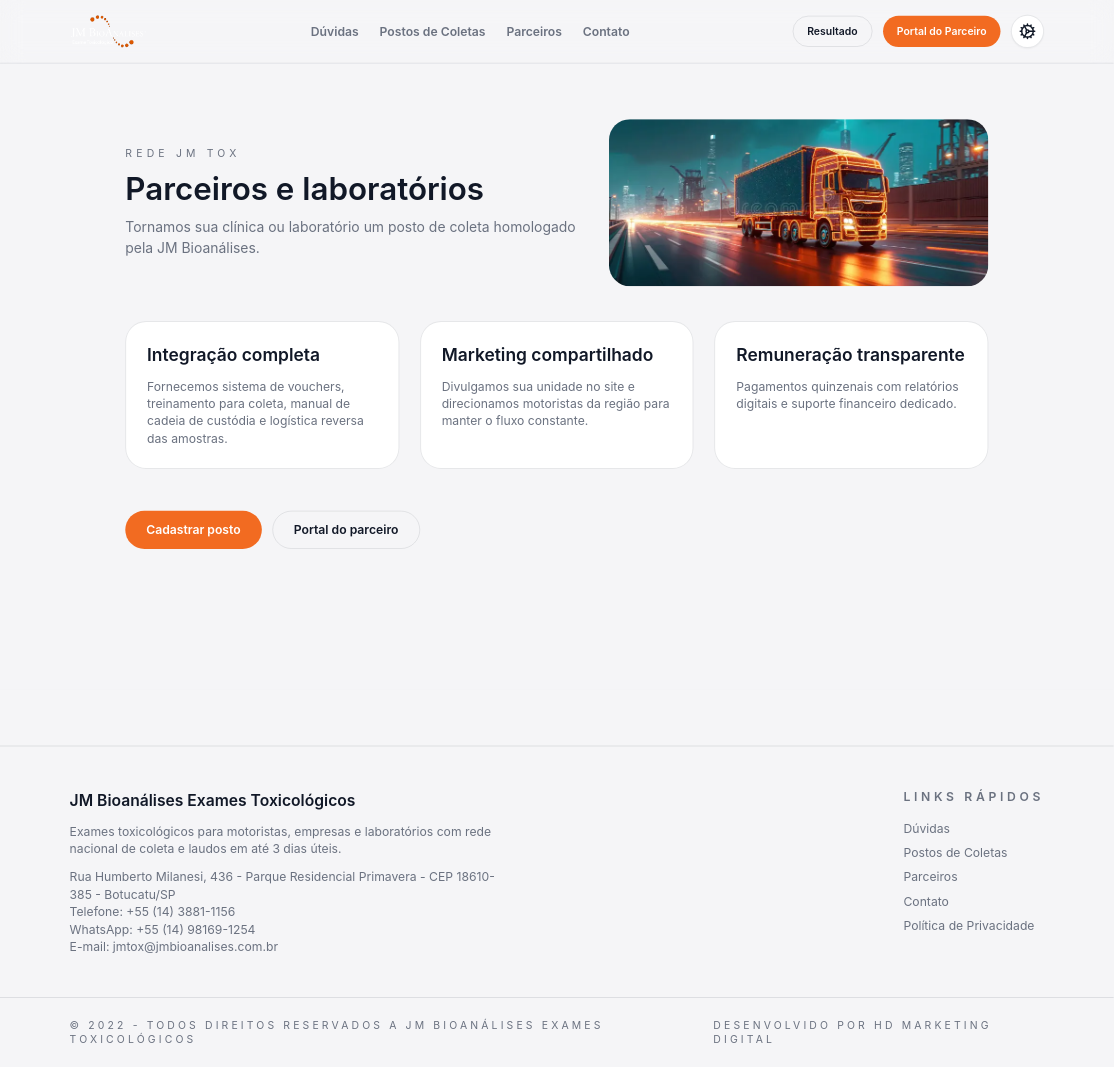
Repository: 1xLab/cat1
Page: /parceiros
The author's editor kept a copy of each file at every save. The page is drawn from the files as they stood at one save, then again after the next save.
The browser window is 1280 px wide. The pictures show the whole page, at 87% of full size.
The page's requests for data from a server got no answer. The project was rebuilt for these pictures with package versions that can differ from the ones it lists, and the page was loaded fresh each time. The framework's server and built-in components were replaced by stand-ins that run in the browser. No one was signed in, and anything a server would have sent is missing. Also part of the build but not shown: next.config.ts.

Above is the page before, as saved 2025-11-19 21:20:02.

### src/app/layout.tsx
import type { Metadata } from "next";
import { Geist, Geist_Mono } from "next/font/google";
import "./globals.css";

import { Header } from "@/components/layout/header";
import { Footer } from "@/components/layout/footer";
import { baseMetadata } from "@/lib/seo";
import { LabSchema } from "@/components/seo/lab-schema";
import { TagManager } from "@/components/analytics/tag-manager";

const geistSans = Geist({
  variable: "--font-geist-sans",
  subsets: ["latin"],
});

const geistMono = Geist_Mono({
  variable: "--font-geist-mono",
  subsets: ["latin"],
});

export const metadata: Metadata = baseMetadata;

export default function RootLayout({
  children,
}: Readonly<{
  children: React.ReactNode;
}>) {
  return (
    <html lang="pt-BR" data-theme="sunrise">
      <body className={`${geistSans.variable} ${geistMono.variable} antialiased`}>
        <TagManager />
        <LabSchema />
        <Header />
        <main className="min-h-screen bg-[var(--color-bg)] text-[var(--color-text)]">
          {children}
        </main>
        <Footer />
      </body>
    </html>
  );
}

### src/app/parceiros/page.tsx
import Image from "next/image";
import type { Metadata } from "next";
import { Button } from "@/components/ui/button";

const pillars = [
  {
    title: "Integração completa",
    body: "Fornecemos sistema de vouchers, treinamento para coleta, manual de cadeia de custódia e logística reversa das amostras.",
  },
  {
    title: "Marketing compartilhado",
    body: "Divulgamos sua unidade no site e direcionamos motoristas da região para manter o fluxo constante.",
  },
  {
    title: "Remuneração transparente",
    body: "Pagamentos quinzenais com relatórios digitais e suporte financeiro dedicado.",
  },
];

export const metadata: Metadata = {
  title: "Parceiros | JM Tox",
};

const illustration = "/imagens/truck-futuristic.jpg";

export default function ParceirosPage() {
  return (
    <section className="mx-auto max-w-5xl px-4 py-16">
      <div className="grid gap-6 md:grid-cols-[1.1fr_0.9fr] md:items-center">
        <div className="space-y-3">
          <p className="text-xs uppercase tracking-[0.4em] text-[var(--color-text-muted)]">
            Rede JM Tox
          </p>
          <h1 className="text-4xl font-semibold text-[var(--color-text)]">
            Parceiros e laboratórios
          </h1>
          <p className="text-[var(--color-text-muted)]">
            Tornamos sua clínica ou laboratório um posto de coleta homologado
            pela JM Bioanálises.
          </p>
        </div>
        <div className="relative h-48 rounded-3xl">
          <Image
            src={illustration}
            alt="Tecnologia embarcada em caminhões"
            fill
            className="rounded-3xl object-cover"
            sizes="(min-width: 768px) 400px, 100vw"
          />
        </div>
      </div>
      <div className="mt-10 grid gap-6 md:grid-cols-3">
        {pillars.map((pillar) => (
          <article
            key={pillar.title}
            className="rounded-3xl border border-[var(--color-outline)] bg-[var(--color-surface)] p-6"
          >
            <h2 className="text-xl font-semibold text-[var(--color-text)]">
              {pillar.title}
            </h2>
            <p className="mt-3 text-sm text-[var(--color-text-muted)]">
              {pillar.body}
            </p>
          </article>
        ))}
      </div>
      <div className="mt-12 flex flex-wrap gap-3">
        <Button asChild>
          <a href="/cadastro-postos-de-coleta">Cadastrar posto</a>
        </Button>
        <Button asChild variant="outline">
          <a href="/app/parceiros">Portal do parceiro</a>
        </Button>
      </div>
    </section>
  );
}

### src/app/globals.css
@tailwind base;
@tailwind components;
@tailwind utilities;

:root {
  --color-bg: #f5f5f7;
  --color-surface: #ffffff;
  --color-text: #111827;
  --color-text-muted: #6b7280;
  --color-primary: #f26b21;
  --color-primary-dark: #c65310;
  --color-header: #050608;
  --color-outline: rgba(15, 23, 42, 0.1);
}

[data-theme="sunrise"] {
  --color-bg: #f5f5f7;
  --color-surface: #ffffff;
  --color-text: #111827;
  --color-text-muted: #6b7280;
  --color-primary: #f26b21;
  --color-primary-dark: #c65310;
  --color-header: #050608;
}

[data-theme="midnight"] {
  --color-bg: #050608;
  --color-surface: #111827;
  --color-text: #f9fafb;
  --color-text-muted: #9ca3af;
  --color-primary: #f26b21;
  --color-primary-dark: #f26b21;
  --color-header: #000000;
  --color-outline: rgba(255, 255, 255, 0.1);
}

[data-theme="clinical"] {
  --color-bg: #f3f6fb;
  --color-surface: #ffffff;
  --color-text: #0f172a;
  --color-text-muted: #3f4d63;
  --color-primary: #2563eb;
  --color-primary-dark: #1d4ed8;
  --color-header: #0f172a;
  --color-outline: rgba(15, 23, 42, 0.08);
}

[data-theme="high-contrast"] {
  --color-bg: #000000;
  --color-surface: #000000;
  --color-text: #ffffff;
  --color-text-muted: #f3f4f6;
  --color-primary: #ffbf00;
  --color-primary-dark: #f59e0b;
  --color-header: #000000;
  --color-outline: rgba(255, 255, 255, 0.2);
}

[data-theme="dark"] {
  --color-bg: #111436;
  --color-surface: rgba(255, 255, 255, 0.08);
  --color-text: #fefefe;
  --color-text-muted: #d4ddff;
  --color-primary: #f97316;
  --color-primary-dark: #ea580c;
  --color-header: rgba(17, 20, 54, 0.9);
  --color-outline: rgba(255, 255, 255, 0.2);
}

@layer base {
  * {
    box-sizing: border-box;
  }

  body {
    background: var(--color-bg);
    color: var(--color-text);
    font-family: "Inter", system-ui, -apple-system, BlinkMacSystemFont,
      "Segoe UI", sans-serif;
    min-height: 100vh;
  }
}

@layer utilities {
  .text-balance {
    text-wrap: balance;
  }

  .glass-panel {
    background: color-mix(in srgb, var(--color-surface) 90%, transparent);
    backdrop-filter: blur(18px);
    border: 1px solid color-mix(in srgb, var(--color-outline) 80%, transparent);
    border-radius: 1.5rem;
    box-shadow: 0 15px 45px rgba(15, 23, 42, 0.12);
  }
}

### src/components/layout/header.tsx
import Image from "next/image";
import Link from "next/link";
import { ThemeSwitcher } from "@/components/theme-switcher";
import { Button } from "@/components/ui/button";

const navItems = [
  { label: "Dúvidas", href: "/duvidas-frequentes" },
  { label: "Postos de Coletas", href: "/postos-de-coletas" },
  { label: "Parceiros", href: "/parceiros" },
  { label: "Contato", href: "/contato" },
];

export function Header() {
  return (
    <header className="sticky top-0 z-40 border-b border-[var(--color-outline)] bg-[var(--color-header)]/15 backdrop-blur-md">
      <div className="container mx-auto flex max-w-6xl items-center justify-between gap-4 px-4 py-4">
        <Link href="/" className="flex items-center gap-3">
          <Image
            src="/logo-jm-bioanalises-branco.png"
            alt="JM Bioanálises"
            width={150}
            height={42}
            className="h-10 w-auto"
            priority
          />
          <span className="sr-only">JM Bioanálises</span>
        </Link>
        <nav className="hidden items-center gap-6 text-sm font-semibold text-[var(--color-text-muted)] lg:flex">
          {navItems.map((item) => (
            <Link
              key={item.href}
              href={item.href}
              className="transition hover:text-[var(--color-text)]"
            >
              {item.label}
            </Link>
          ))}
        </nav>
        <div className="flex items-center gap-3">
          <Button asChild variant="outline" size="sm">
            <Link href="/duvidas-frequentes#resultado-online">Resultado</Link>
          </Button>
          <Button asChild size="sm">
            <Link href="/parceiros">Portal do Parceiro</Link>
          </Button>
          <ThemeSwitcher />
        </div>
      </div>
      <div className="border-t border-[var(--color-outline)] bg-[var(--color-header)] px-4 py-3 lg:hidden">
        <nav className="flex flex-wrap gap-3 text-sm font-semibold text-[var(--color-text-muted)]">
          {navItems.map((item) => (
            <Link
              key={item.href}
              href={item.href}
              className="rounded-full border border-gray-600 px-3 py-1 transition hover:border-[var(--color-primary)] hover:text-white"
            >
              {item.label}
            </Link>
          ))}
        </nav>
      </div>
    </header>
  );
}

### src/components/layout/footer.tsx
import Link from "next/link";

import { siteConfig } from "@/lib/site";

const quickLinks = [
  { label: "Dúvidas", href: "/duvidas-frequentes" },
  { label: "Postos de Coletas", href: "/postos-de-coletas" },
  { label: "Parceiros", href: "/parceiros" },
  { label: "Contato", href: "/contato" },
  { label: "Política de Privacidade", href: "/politica-de-privacidade" },
];

export function Footer() {
  return (
    <footer className="mt-16 border-t border-[var(--color-outline)] bg-[var(--color-surface)]/95">
      <div className="mx-auto flex max-w-6xl flex-col gap-8 px-4 py-12 md:flex-row md:justify-between">
        <div className="max-w-lg space-y-3">
          <p className="text-lg font-semibold text-[var(--color-text)]">
            {siteConfig.name}
          </p>
          <p className="text-sm text-[var(--color-text-muted)]">
            {siteConfig.description}
          </p>
          <div className="text-sm text-[var(--color-text-muted)]">
            <p>{siteConfig.address}</p>
            <p>Telefone: {siteConfig.contacts.phone}</p>
            <p>WhatsApp: {siteConfig.contacts.mobile}</p>
            <p>E-mail: {siteConfig.contacts.email}</p>
          </div>
        </div>
        <div>
          <p className="text-sm font-semibold uppercase tracking-[0.3em] text-[var(--color-text-muted)]">
            Links rápidos
          </p>
          <ul className="mt-4 space-y-2 text-sm">
            {quickLinks.map((link) => (
              <li key={link.href}>
                <Link
                  href={link.href}
                  className="text-[var(--color-text-muted)] transition hover:text-[var(--color-text)]"
                >
                  {link.label}
                </Link>
              </li>
            ))}
          </ul>
        </div>
      </div>
      <div className="border-t border-[var(--color-outline)]">
        <div className="mx-auto flex max-w-6xl flex-col gap-2 px-4 py-6 text-xs uppercase tracking-[0.3em] text-[var(--color-text-muted)] md:flex-row md:items-center md:justify-between">
          <p>
            © 2022 - Todos Direitos Reservados a JM Bioanálises Exames Toxicológicos
          </p>
          <p>Desenvolvido por HD Marketing Digital</p>
        </div>
      </div>
    </footer>
  );
}

### src/lib/seo.ts
import type { Metadata } from "next";
import { siteConfig } from "./site";

type SEOParams = {
  title?: string;
  description?: string;
  path?: string;
};

export const baseMetadata: Metadata = {
  metadataBase: new URL(siteConfig.url),
  title: {
    default: `${siteConfig.name} | Laboratório de Toxicologia`,
    template: `%s | ${siteConfig.name}`,
  },
  description: siteConfig.description,
  openGraph: {
    type: "website",
    url: siteConfig.url,
    title: siteConfig.name,
    description: siteConfig.description,
    images: [
      {
        url: siteConfig.ogImage,
        width: 1200,
        height: 630,
        alt: siteConfig.name,
      },
    ],
  },
  twitter: {
    card: "summary_large_image",
    title: siteConfig.name,
    description: siteConfig.description,
    images: [siteConfig.ogImage],
  },
  icons: {
    icon: "/favicon.ico",
  },
};

export const generatePageMetadata = ({
  title,
  description,
  path = "",
}: SEOParams): Metadata => ({
  ...baseMetadata,
  title,
  description,
  alternates: {
    canonical: path ? `${siteConfig.url}${path}` : siteConfig.url,
  },
});

### src/components/seo/lab-schema.tsx
export function LabSchema() {
  const jsonLd = {
    "@context": "https://schema.org",
    "@type": "MedicalOrganization",
    name: "JM Bioanálises Exames Toxicológicos",
    url: "https://jmtox.com.br",
    address: {
      "@type": "PostalAddress",
      streetAddress:
        "Rua Humberto Milanesi, 436 - Parque Residencial Primavera",
      addressLocality: "Botucatu",
      addressRegion: "SP",
      postalCode: "18610-385",
      addressCountry: "BR",
    },
    contactPoint: {
      "@type": "ContactPoint",
      telephone: "+55-14-3881-1156",
      contactType: "customer service",
      availableLanguage: ["Portuguese", "English"],
    },
    sameAs: ["https://www.linkedin.com/company/jmbioanalises"],
    medicalSpecialty: ["Toxicologic"],
  };

  return (
    <script
      type="application/ld+json"
      dangerouslySetInnerHTML={{ __html: JSON.stringify(jsonLd) }}
    />
  );
}

### src/components/analytics/tag-manager.tsx
"use client";

import Script from "next/script";

export function TagManager() {
  const id = process.env.NEXT_PUBLIC_GTM_ID;
  if (!id) return null;

  return (
    <>
      <Script id="gtm-loader">
        {`
          (function(w,d,s,l,i){w[l]=w[l]||[];w[l].push({'gtm.start':
          new Date().getTime(),event:'gtm.js'});var f=d.getElementsByTagName(s)[0],
          j=d.createElement(s),dl=l!='dataLayer'?'&l='+l:'';j.async=true;j.src=
          'https://www.googletagmanager.com/gtm.js?id='+i+dl;f.parentNode.insertBefore(j,f);
          })(window,document,'script','dataLayer','${id}');
        `}
      </Script>
      <noscript>
        <iframe
          src={`https://www.googletagmanager.com/ns.html?id=${id}`}
          height="0"
          width="0"
          style={{ display: "none", visibility: "hidden" }}
        />
      </noscript>
    </>
  );
}

### src/components/ui/button.tsx
"use client";

import * as React from "react";
import { Slot } from "@radix-ui/react-slot";
import { cva, type VariantProps } from "class-variance-authority";

import { cn } from "@/lib/utils";

const buttonVariants = cva(
  "inline-flex items-center justify-center whitespace-nowrap rounded-full text-sm font-semibold transition focus-visible:outline-none focus-visible:ring-2 focus-visible:ring-[var(--color-primary)] disabled:pointer-events-none disabled:opacity-60",
  {
    variants: {
      variant: {
        default:
          "bg-[var(--color-primary)] text-white hover:bg-[var(--color-primary-dark)]",
        secondary:
          "bg-[var(--color-surface)] text-[var(--color-text)] border border-[var(--color-outline)] hover:border-[var(--color-primary)]",
        outline:
          "border border-[var(--color-outline)] text-[var(--color-text)] hover:border-[var(--color-primary)] hover:text-[var(--color-text)]",
        ghost: "text-[var(--color-text)] hover:bg-[var(--color-outline)]/30",
        link: "underline-offset-4 text-[var(--color-primary)] hover:underline",
      },
      size: {
        default: "h-11 px-6",
        sm: "h-9 px-4 text-xs",
        lg: "h-12 px-8 text-base",
        icon: "h-10 w-10",
      },
    },
    defaultVariants: {
      variant: "default",
      size: "default",
    },
  }
);

export interface ButtonProps
  extends React.ButtonHTMLAttributes<HTMLButtonElement>,
    VariantProps<typeof buttonVariants> {
  asChild?: boolean;
}

const Button = React.forwardRef<HTMLButtonElement, ButtonProps>(
  ({ className, variant, size, asChild = false, ...props }, ref) => {
    const Comp = asChild ? Slot : "button";
    return (
      <Comp
        className={cn(buttonVariants({ variant, size, className }))}
        ref={ref}
        {...props}
      />
    );
  }
);
Button.displayName = "Button";

export { Button, buttonVariants };

### src/components/theme-switcher.tsx
"use client";

import { useEffect, useState } from "react";
import { Cog, Check } from "lucide-react";
import { cn } from "@/lib/utils";

const themes = [
  { id: "sunrise", name: "Sunrise Light", description: "Luz natural com laranja vibrante." },
  { id: "midnight", name: "Midnight Dark", description: "Interface escura para salas de comando." },
  { id: "clinical", name: "Clinical Light", description: "Azul clínico com fundos neutros." },
  { id: "high-contrast", name: "High Contrast", description: "Alto contraste para máxima leitura." },
];

function applyThemeValue(
  value: string,
  setTheme: (theme: string) => void
) {
  const next = themes.find((item) => item.id === value) ? value : "sunrise";
  setTheme(next);
  document.documentElement.setAttribute("data-theme", next);
  try {
    localStorage.setItem("jmbio-theme", next);
  } catch {
    /* ignore */
  }
}

export function ThemeSwitcher() {
  const [open, setOpen] = useState(false);
  const [theme, setTheme] = useState("sunrise");

  useEffect(() => {
    let stored = "sunrise";
    try {
      stored = localStorage.getItem("jmbio-theme") || "sunrise";
    } catch {
      stored = "sunrise";
    }
    applyThemeValue(stored, setTheme);
  }, []);

  function apply(value: string) {
    applyThemeValue(value, setTheme);
  }

  return (
    <div className="relative">
      <button
        aria-label="Alterar tema do site"
        className="rounded-full border border-[var(--color-outline)] bg-[var(--color-surface)] p-2 text-[var(--color-text)] shadow-sm transition hover:shadow-md"
        onClick={() => setOpen((prev) => !prev)}
      >
        <Cog className="h-5 w-5" />
      </button>
      {open && (
        <div className="absolute right-0 z-50 mt-3 w-64 rounded-2xl border border-[var(--color-outline)] bg-[var(--color-surface)] p-4 shadow-xl">
          <p className="text-xs font-semibold uppercase tracking-[0.3em] text-[var(--color-text-muted)]">
            Temas
          </p>
          <div className="mt-3 space-y-2">
            {themes.map((item) => (
              <button
                key={item.id}
                className={cn(
                  "flex w-full items-start gap-2 rounded-2xl border border-transparent p-3 text-left transition hover:border-[var(--color-outline)]",
                  theme === item.id && "border-[var(--color-primary)] bg-[var(--color-primary)]/10"
                )}
                onClick={() => apply(item.id)}
              >
                <span className="mt-1 text-[var(--color-primary)]">
                  {theme === item.id ? <Check className="h-4 w-4" /> : <span className="block h-4 w-4 rounded-full border border-[var(--color-outline)]" />}
                </span>
                <span>
                  <span className="font-semibold text-[var(--color-text)]">{item.name}</span>
                  <span className="block text-xs text-[var(--color-text-muted)]">{item.description}</span>
                </span>
              </button>
            ))}
          </div>
        </div>
      )}
    </div>
  );
}

### src/lib/site.ts
export const siteConfig = {
  name: "JM Bioanálises Exames Toxicológicos",
  description:
    "Exames toxicológicos para motoristas, empresas e laboratórios com rede nacional de coleta e laudos em até 3 dias úteis.",
  url: "https://jmtox.com.br",
  ogImage: "/logo-jm-bioanalises-branco.png",
  social: {
    linkedin: "https://www.linkedin.com/company/jmbioanalises",
    whatsapp: "https://api.whatsapp.com/send?phone=5514981691254",
  },
  contacts: {
    phone: "+55 (14) 3881-1156",
    mobile: "+55 (14) 98169-1254",
    email: "jmtox@jmbioanalises.com.br",
  },
  address:
    "Rua Humberto Milanesi, 436 - Parque Residencial Primavera - CEP 18610-385 - Botucatu/SP",
};

export type SiteConfig = typeof siteConfig;

### src/lib/utils.ts
import { type ClassValue, clsx } from "clsx";
import { twMerge } from "tailwind-merge";

export function cn(...inputs: ClassValue[]) {
  return twMerge(clsx(inputs));
}

export function formatPhone(phone: string) {
  const digits = phone.replace(/\D/g, "");
  const match = digits.match(/^(\d{2})(\d{5})(\d{4})$/);
  if (!match) return phone;
  return `(${match[1]}) ${match[2]}-${match[3]}`;
}

export function slugify(value: string) {
  return value
    .toLowerCase()
    .normalize("NFD")
    .replace(/[\u0300-\u036f]/g, "")
    .replace(/[^a-z0-9]+/g, "-")
    .replace(/(^-|-$)+/g, "");
}

export function formatIsoDate(date: string) {
  return new Date(date).toLocaleDateString("pt-BR", {
    day: "2-digit",
    month: "short",
    year: "numeric",
  });
}

### tailwind.config.ts
import type { Config } from "tailwindcss";
import { fontFamily } from "tailwindcss/defaultTheme";
import animate from "tailwindcss-animate";

const config: Config = {
  darkMode: ["class"],
  content: ["./src/**/*.{ts,tsx}"],
  theme: {
    container: {
      center: true,
      padding: {
        DEFAULT: "1.5rem",
        md: "2rem",
      },
      screens: {
        "2xl": "1320px",
      },
    },
    extend: {
      colors: {
        border: "hsl(var(--border))",
        input: "hsl(var(--input))",
        ring: "hsl(var(--ring))",
        background: "hsl(var(--background))",
        foreground: "hsl(var(--foreground))",
        primary: {
          DEFAULT: "hsl(var(--primary))",
          foreground: "hsl(var(--primary-foreground))",
        },
        secondary: {
          DEFAULT: "hsl(var(--secondary))",
          foreground: "hsl(var(--secondary-foreground))",
        },
        muted: {
          DEFAULT: "hsl(var(--muted))",
          foreground: "hsl(var(--muted-foreground))",
        },
        accent: {
          DEFAULT: "hsl(var(--accent))",
          foreground: "hsl(var(--accent-foreground))",
        },
        destructive: {
          DEFAULT: "hsl(var(--destructive))",
          foreground: "hsl(var(--destructive-foreground))",
        },
        card: {
          DEFAULT: "hsl(var(--card))",
          foreground: "hsl(var(--card-foreground))",
        },
      },
      borderRadius: {
        lg: "var(--radius)",
        md: "calc(var(--radius) - 2px)",
        sm: "calc(var(--radius) - 4px)",
      },
      fontFamily: {
        sans: ["var(--font-geist-sans)", ...fontFamily.sans],
        mono: ["var(--font-geist-mono)", ...fontFamily.mono],
      },
      backgroundImage: {
        "grid-fade":
          "radial-gradient(circle at 20% 20%, hsla(var(--primary),0.25), transparent 55%), radial-gradient(circle at 80% 0%, hsla(var(--accent),0.3), transparent 60%)",
      },
    },
  },
  plugins: [animate],
};

export default config;

After the next save:
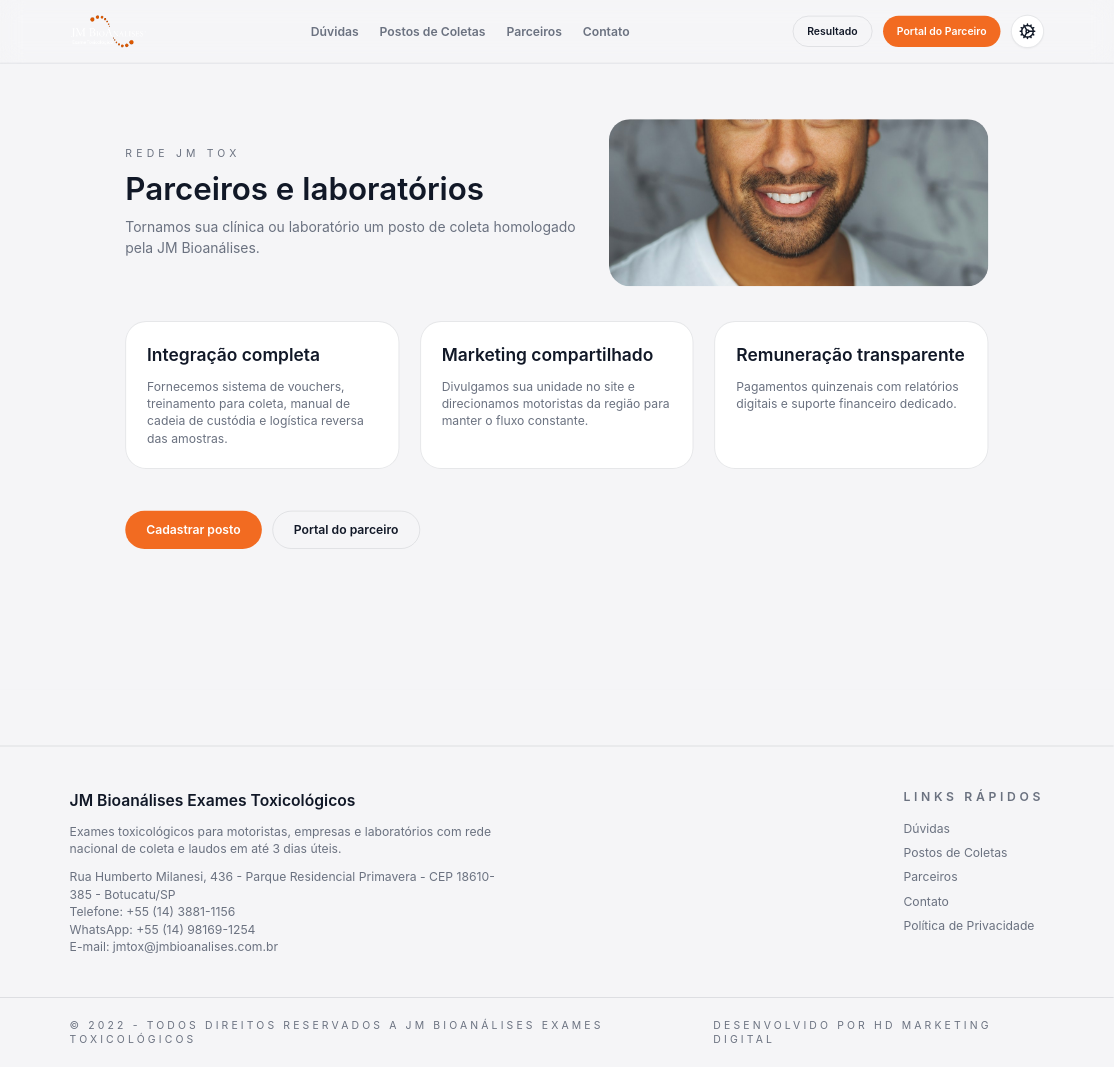
Saved 7 s later.
--- a/src/app/parceiros/page.tsx
+++ b/src/app/parceiros/page.tsx
@@ -21,7 +21,7 @@ export const metadata: Metadata = {
   title: "Parceiros | JM Tox",
 };
 
-const illustration = "/imagens/truck-futuristic.jpg";
+const illustration = "/imagens/illustration-parceiros.jpg";
 
 export default function ParceirosPage() {
   return (
